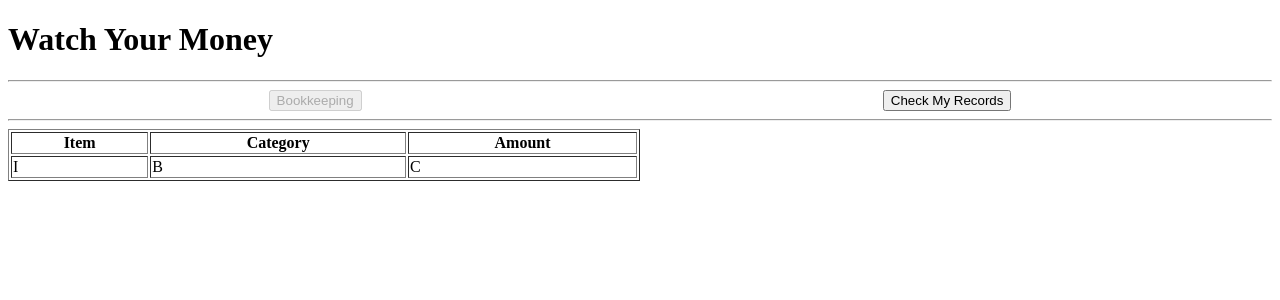
Repository: chelsea9869/Hackathon-TNT
Page: http://localhost/app/watch_your_money.php
The author's editor kept a copy of each file at every save. The page is drawn from the files as they stood at one save, then again after a run of saves.
The browser window is 1280 px wide. The pictures show the whole page.
The page is run by PHP 8.4 with error messages shown; the project is at /var/www/html/.

Above is the page before, as saved 2020-09-05 11:18:58.

### app/watch_your_money.php
<!DOCTYPE html>
<html lang="en">
<head>
    <meta charset="UTF-8">
    <meta name="viewport" content="width=device-width, initial-scale=1.0">
    <title>Watch Your Money</title>
</head>
<body>
    <h1>Watch Your Money</h1>
    <hr>
    <div id='function' style='display: flex;justify-content: space-around;'>
        <div id='bookkeeping-button'>
            <button disabled="disabled">Bookkeeping</button>
        </div>
        <div id='check-records-button'>
            <button>Check My Records</button>
        </div>
    </div>
    <hr>
    <div id='main-content'>
        <div id='bookkeeping'>
        <form name='bookkeeping-form' action="post">
            <table id='bookkeeping-form-table' border="1px" width='50%'>
                    <thead>
                        <tr>
                            <th>Item</th>
                            <th>Category</th>
                            <th>Amount</th>
                        </tr>
                    </thead>

                    <tr>
                        <td>I</td>
                        <td>B</td>
                        <td>C</td>
                    </tr>
                </table>
            </form>
        </div>
    </div>
</body>
</html>

After the next 6 saves:
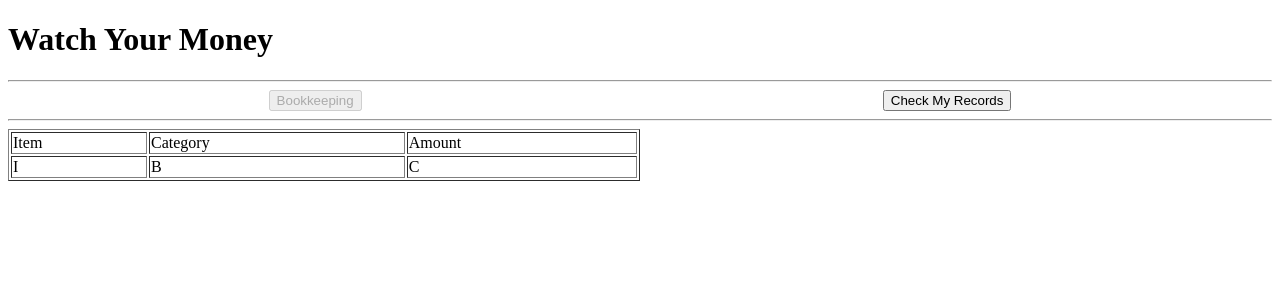
The 6 saves are shown as one change because they came seconds apart.
The last was saved 11 s later.
--- a/app/watch_your_money.php
+++ b/app/watch_your_money.php
@@ -23,9 +23,9 @@
             <table id='bookkeeping-form-table' border="1px" width='50%'>
                     <thead>
                         <tr>
-                            <th>Item</th>
-                            <th>Category</th>
-                            <th>Amount</th>
+                            <td>Item</td>
+                            <td>Category</td>
+                            <td>Amount</td>
                         </tr>
                     </thead>
 

After the 2 saves that followed:
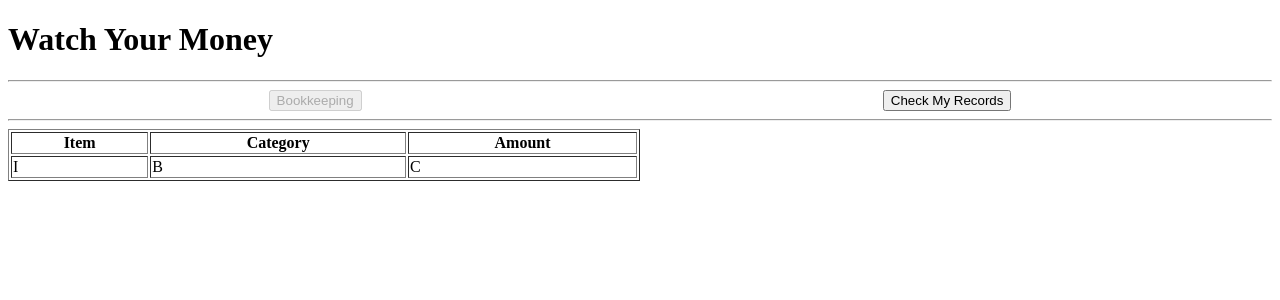
The 2 saves are shown as one change because they came seconds apart.
The last was saved 6 s later.
--- a/app/watch_your_money.php
+++ b/app/watch_your_money.php
@@ -23,9 +23,9 @@
             <table id='bookkeeping-form-table' border="1px" width='50%'>
                     <thead>
                         <tr>
-                            <td>Item</td>
-                            <td>Category</td>
-                            <td>Amount</td>
+                            <th>Item</th>
+                            <th>Category</th>
+                            <th>Amount</th>
                         </tr>
                     </thead>
 
